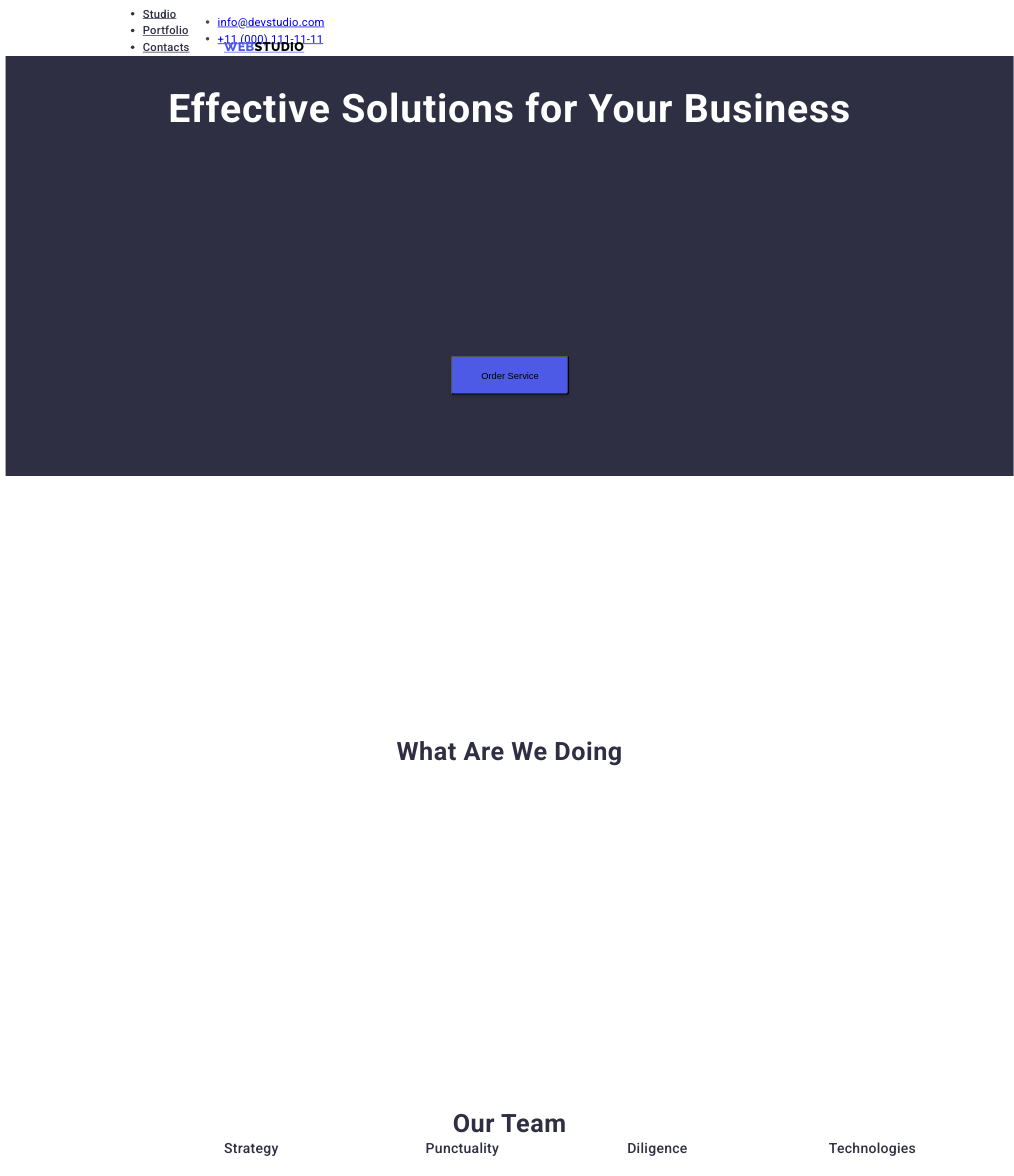
Repository: GrishchenkoNataliya/goit-markup-hw-02
Page: index.html
An editor plug-in stored every save of this project. The page is shown before and after the next save, followed by the edit.
The browser window is 1280 px wide. The page is 1448 px wide, so the pictures cover 1448 px, including what lies to the right of the window. The pictures show the part of the page from y = 0 to 1680 px (the page is 4796 px tall), at 70% of full size.

Above is the page before, as saved 2023-03-11 13:30:11.

After the next save:
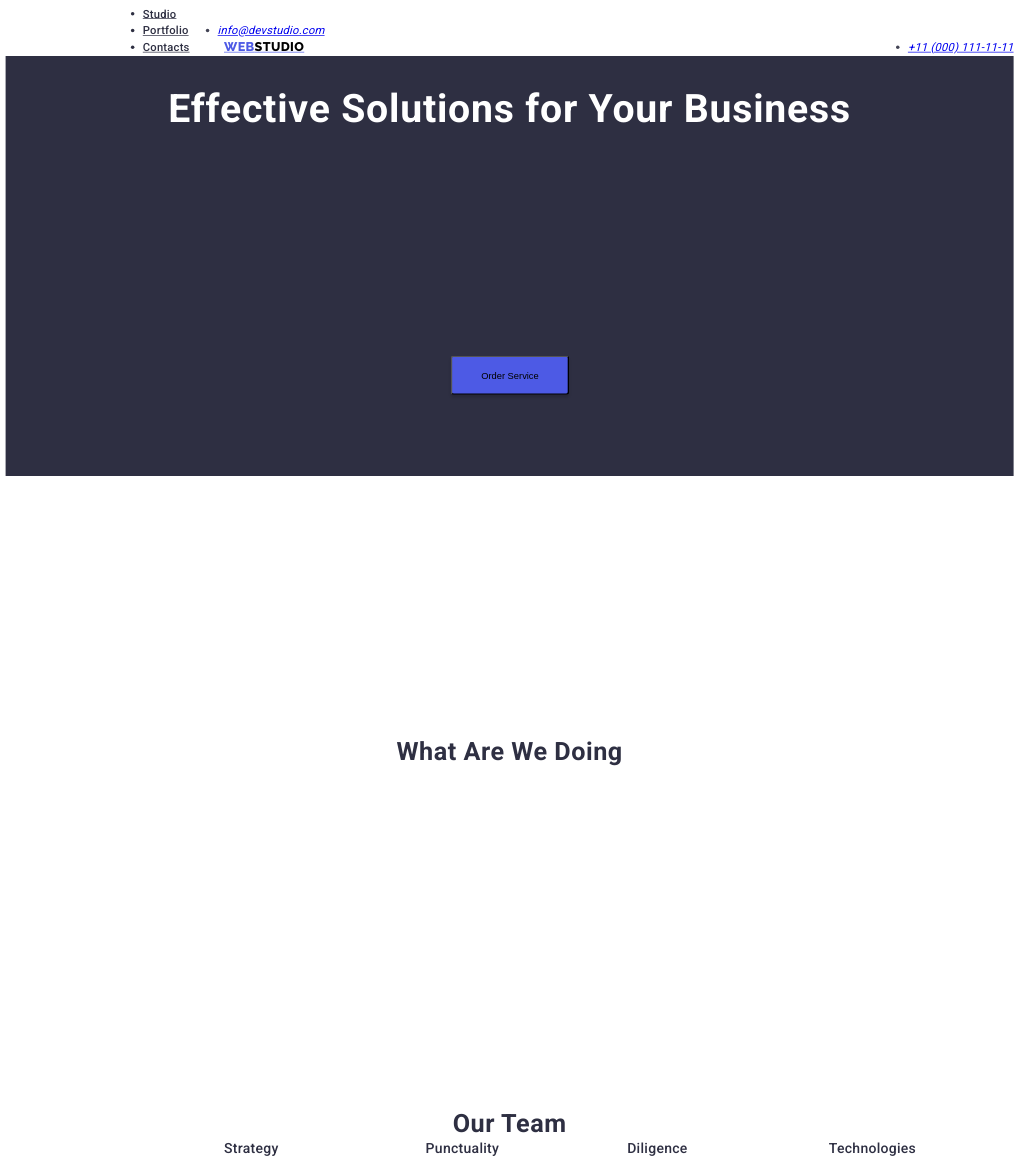
Saved 9 min 5 s later.
--- a/css/styles.css
+++ b/css/styles.css
@@ -95,17 +95,24 @@ body {
 .address {
 }
 .address-list {
-  font-family: "Roboto";
-  font-style: normal;
   font-weight: 400;
   font-size: 16px;
   line-height: 1.5;
   letter-spacing: 0.02em;
-  color: #434455;
 }
 .address-mail {
 }
 .address-tel {
+  position: absolute;
+  width: 151px;
+  height: 24px;
+  left: 1133px;
+  top: 24px;
+
+  font-weight: 400;
+  font-size: 16px;
+  line-height: 1.5;
+  letter-spacing: 0.02em;
 }
 .main {
 }
